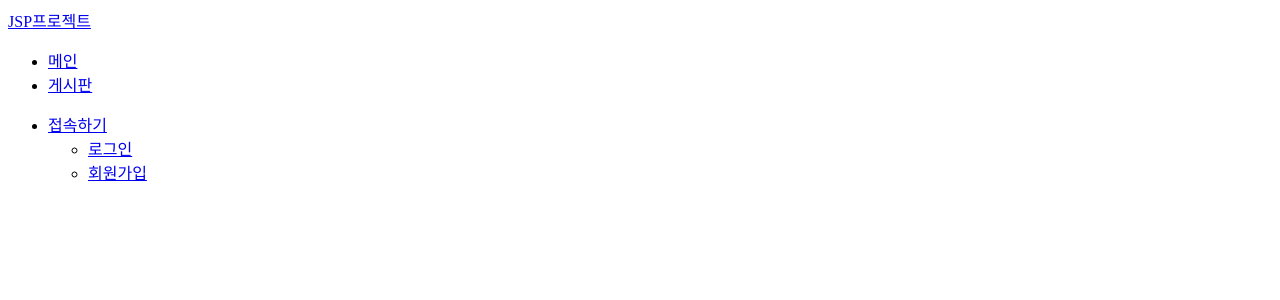
Repository: KimJeongSeok98/ComputerDepartmentPage-JSP
Page: http://localhost/JSP/join.jsp
An editor plug-in stored every save of this project. The page is shown before and after the next save, followed by the edit.
The browser window is 1280 px wide. The pictures show the whole page.
The page is served by Tomcat 9.

Above is the page before, as saved 2022-06-02 13:23:13.

After the next save:
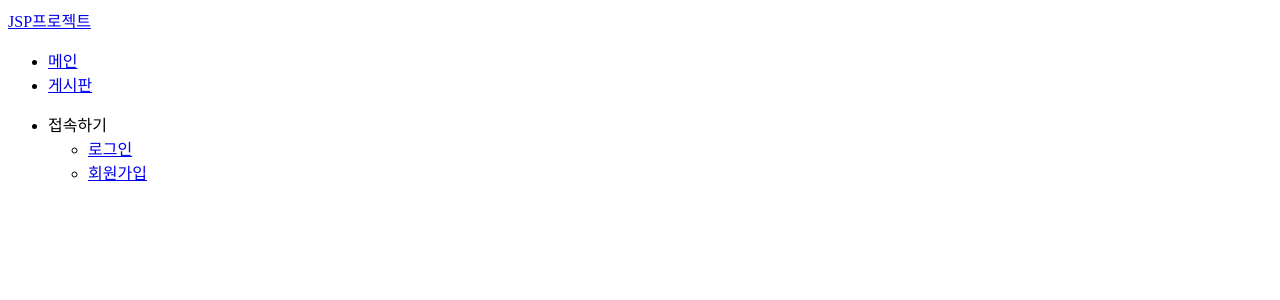
Saved 38 s later.
--- a/JSP/src/main/webapp/join.jsp
+++ b/JSP/src/main/webapp/join.jsp
@@ -22,7 +22,7 @@
 
 	<ul>
 		<li>
-			<a href="#" role="buton">접속하기</a> <!--로그인 연결 버튼-->
+			<a>접속하기</a> <!--로그인 버튼-->
 			<ul>
 				<li>
 				<a href="login.jsp">로그인</a>
